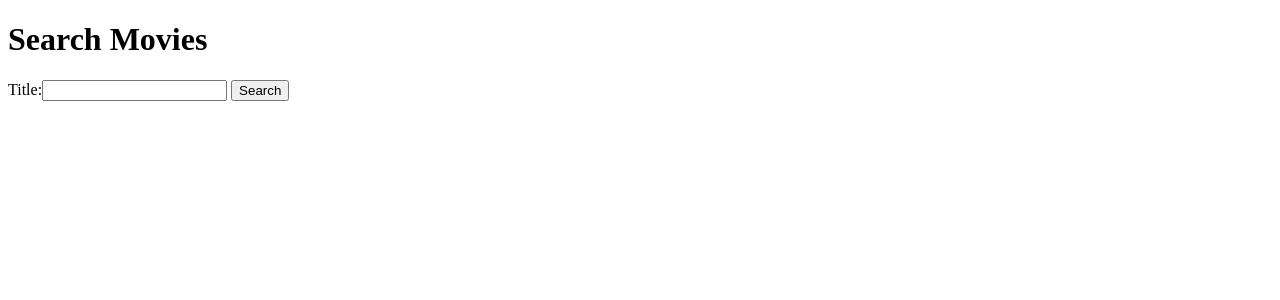
Repository: Bodily-Brad/CS313-Group-Java
Page: http://localhost/9.02/search.jsp
An editor plug-in stored every save of this project. The page is shown before and after the next save, followed by the edit.
The browser window is 1280 px wide. The pictures show the whole page.
The page is served by Tomcat 9. Other server files are loaded and not shown.

Above is the page before, as saved 2014-11-18 13:37:03.

### 9.02/WebContent/search.jsp
<%@ page language="java" contentType="text/html; charset=ISO-8859-1"
    pageEncoding="ISO-8859-1"%>
<!DOCTYPE html PUBLIC "-//W3C//DTD HTML 4.01 Transitional//EN" "http://www.w3.org/TR/html4/loose.dtd">
<html>
<head>
<meta http-equiv="Content-Type" content="text/html; charset=ISO-8859-1">
<title>9.02 Search Page</title>
</head>
<body>
	<h1>Search Movies</h1>
	<form>
		<label>Title:</label><input type="text" name="title">
		<input type="submit" value="Search">
	</form>
</body>
</html>

After the next save:
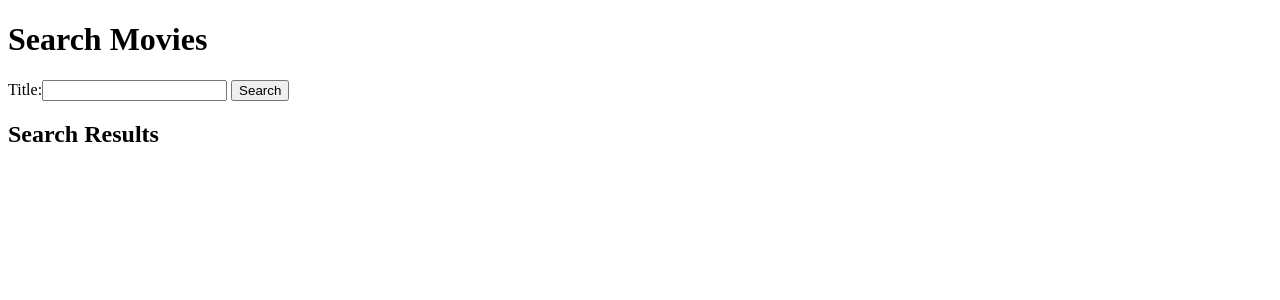
Saved 119 s later.
--- a/9.02/WebContent/search.jsp
+++ b/9.02/WebContent/search.jsp
@@ -12,5 +12,9 @@
 		<label>Title:</label><input type="text" name="title">
 		<input type="submit" value="Search">
 	</form>
+	<!-- Message -->
+	<c:if test="${results != null && !results.isEmpty()}">
+	<h2>Search Results</h2>
+	</c:if>
 </body>
 </html>

After the 2 saves that followed:
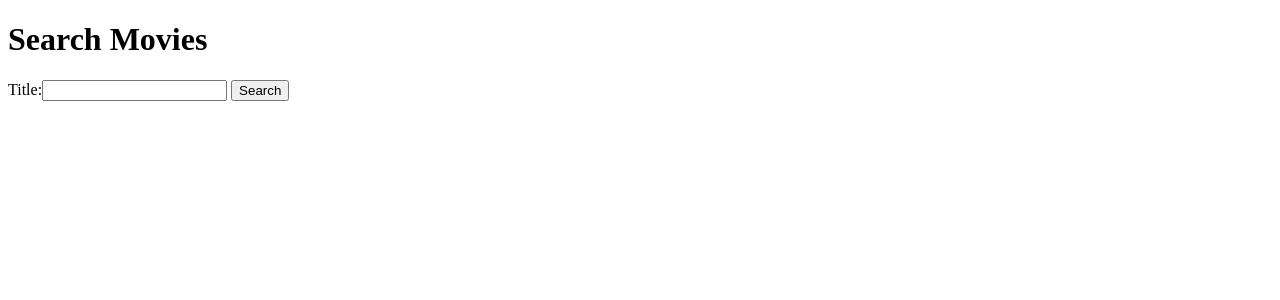
The 2 saves are shown as one change because 1 left the picture as it was.
The last was saved 3 min 21 s later.
--- a/9.02/WebContent/search.jsp
+++ b/9.02/WebContent/search.jsp
@@ -1,5 +1,6 @@
 <%@ page language="java" contentType="text/html; charset=ISO-8859-1"
     pageEncoding="ISO-8859-1"%>
+<%@ taglib prefix="c" uri="http://java.sun.com/jsp/jstl/core"%>
 <!DOCTYPE html PUBLIC "-//W3C//DTD HTML 4.01 Transitional//EN" "http://www.w3.org/TR/html4/loose.dtd">
 <html>
 <head>
@@ -8,13 +9,13 @@
 </head>
 <body>
 	<h1>Search Movies</h1>
-	<form>
+	<form method="get" action="SearchMovies">
 		<label>Title:</label><input type="text" name="title">
 		<input type="submit" value="Search">
 	</form>
-	<!-- Message -->
-	<c:if test="${results != null && !results.isEmpty()}">
-	<h2>Search Results</h2>
+		<!-- Search Results -->
+		<c:if test="${results != null && !results.isEmpty()}">
+		<h2>Search Results</h2>
 	</c:if>
 </body>
 </html>
